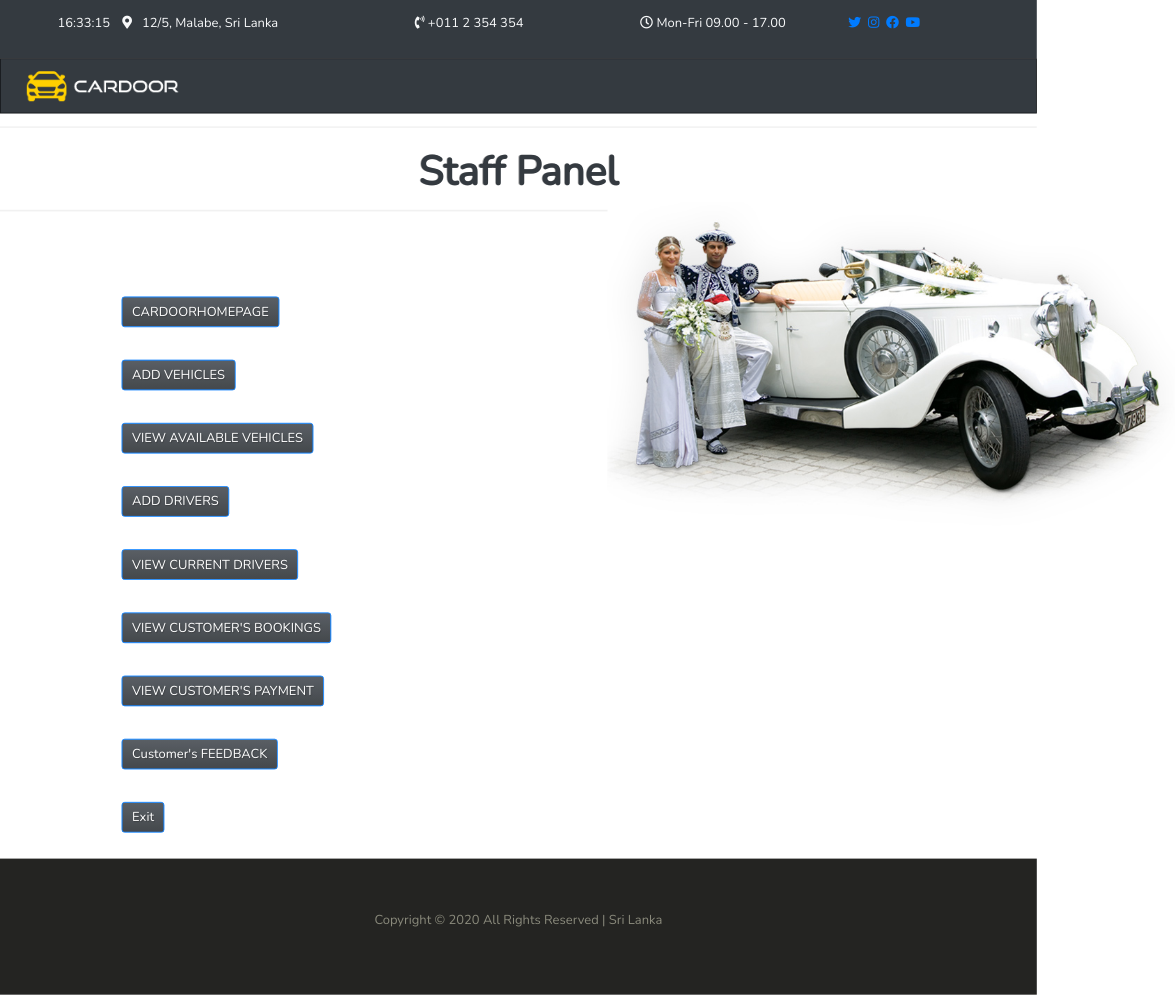
Repository: NipunLakshan99/Cardoor
Page: http://localhost/RentCar/SystemU.jsp
The author's editor kept a copy of each file at every save. The page is drawn from the files as they stood at one save, then again after the next save.
The browser window is 1280 px wide. The page is 1450 px wide, so the pictures cover 1450 px, including what lies to the right of the window. The pictures show the whole page, at 81% of full size.
Some web libraries are served in a nearby version. The page is served by Tomcat 9. Other server files are loaded and not shown.

Above is the page before, as saved 2020-05-13 11:12:54.

### RentCar/WebContent/SystemU.jsp
<%@ page language="java" contentType="text/html; charset=ISO-8859-1"
    pageEncoding="ISO-8859-1"%>
<!DOCTYPE html>
<html>
<head>
<meta charset="ISO-8859-1">
<meta http-equiv="Content-Type" content="text/html; charset=ISO-8859-1">
		<link rel="stylesheet" href="https://stackpath.bootstrapcdn.com/bootstrap/4.3.1/css/bootstrap.min.css" integrity="sha384-ggOyR0iXCbMQv3Xipma34MD+dH/1fQ784/j6cY/iJTQUOhcWr7x9JvoRxT2MZw1T" crossorigin="anonymous">
		<link rel="stylesheet" href="https://bootswatch.com/4/slate/bootstrap.min.css" >
        <link rel="stylesheet" href="https://stackpath.bootstrapcdn.com/bootstrap/4.3.1/css/bootstrap.min.css" integrity="sha384-ggOyR0iXCbMQv3Xipma34MD+dH/1fQ784/j6cY/iJTQUOhcWr7x9JvoRxT2MZw1T" crossorigin="anonymous">
        <link href="https://fonts.googleapis.com/css?family=Nunito" rel="stylesheet">
        <link rel="stylesheet" href="https://use.fontawesome.com/releases/v5.8.2/css/all.css" integrity="sha384-oS3vJWv+0UjzBfQzYUhtDYW+Pj2yciDJxpsK1OYPAYjqT085Qq/1cq5FLXAZQ7Ay" crossorigin="anonymous">
        <link rel="stylesheet" href="CSS/stylesheet.css">
        <link rel="shortcut icon" href="CSS/favicon.ico" type="image/x-icon" />

<title>Staff Home</title>
</head>
<style>
 body{
  font-family: 'Nunito';
 }
 </style>
<title>Insert title here</title>
<body onload="startTime()">
<!--- Clock Display ------>
        <script>
            function startTime() {
                var today = new Date();
                var h = today.getHours();
                var m = today.getMinutes();
                var s = today.getSeconds();
                m = checkTime(m);
                s = checkTime(s);
                document.getElementById('txt').innerHTML =
                        h + ":" + m + ":" + s;
                var t = setTimeout(startTime, 500);
            }
            function checkTime(i) {
                if (i < 10) {
                    i = "0" + i
                }
                ;  // add zero in front of numbers < 10
                return i;
            }
        </script>

        <!------------------------------->


        <div class="preloader bg-dark text-light" >
            <div class="preloader-spinner" >


                <div id="header-top" class="d-none d-xl-block">
                    <div class="container">
                        <div class="row">

                            <div class="loader-content">
                                <!--<img src="CSS/img/preloader.gif">-->
                                <p id="txt"></p>

                            </div>

                            <div class="col-lg-3 text-left ">
                                <i class="fas fa-map-marker-alt"></i> &nbsp; 12/5, Malabe, Sri Lanka
                            </div>&nbsp;&nbsp;&nbsp;&nbsp;

                            <div class="col-lg-3 text-center">
                                <i class="fas fa-phone-volume"></i> +011 2 354 354
                            </div>&nbsp;&nbsp;&nbsp;&nbsp;

                            <div class="col-lg-3 text-center">
                                <i class="far fa-clock"></i> Mon-Fri 09.00 - 17.00
                            </div>&nbsp;&nbsp;&nbsp;&nbsp;&nbsp;&nbsp;


                            <div class="header-social-icons text-right">
                                <a href="#"><i class="fab fa-twitter"></i></a>&nbsp;
                                <a href="#"><i class="fab fa-instagram"></i></a>&nbsp;
                                <a href="#"><i class="fab fa-facebook"></i></a>&nbsp;
                                <a href="#"><i class="fab fa-youtube"></i></a>&nbsp;
                            </div>
                        </div>
                    </div>
                </div>
            </div>
        </div>
	 <nav class="navbar navbar-expand-lg navbar-dark bg-dark">
	 <div class="col-lg-4">
                        <a href="index.html" class="logo">
                            <img src="CSS/img/logo.png" alt="JSOFT">
                        </a>
                    </div>
  		<div class="collapse navbar-collapse" id="navbarColor02">
    	<ul class="navbar-nav mr-auto">
        <li class="nav-item active">

  		</div>
		</nav>
        <!-- /.row -->
        <section>

            <hr>
            <h1 class="page-header text-center text-dark"><b>Staff Panel</b></h1>
            <hr>

	<h1 style="color: #ffffff; margin-left: 580px;"></h1><br/><br/><br/>



	 <div class="btn-group-vertical" data-toggle="buttons">
 		 <a href="Home.jsp"><button type="button" class="btn btn-primary">CARDOORHOMEPAGE</button></a><br/>
 		 <a href="viewvehicles.jsp"><button type="button" class="btn btn-primary">ADD VEHICLES</button></a><br/>
 		 <a href="viewvehicles.jsp"><button type="button" class="btn btn-primary">VIEW AVAILABLE VEHICLES</button></a><br/>
 		 <a href="viewdrivers.jsp"><button type="button" class="btn btn-primary">ADD DRIVERS</button></a><br/>
  		 <a href="viewdrivers.jsp"><button type="button" class="btn btn-primary">VIEW CURRENT DRIVERS</button></a><br/>
  		 <a href="viewbookings.jsp"><button type="button" class="btn btn-primary">VIEW CUSTOMER'S BOOKINGS</button></a><br/>
  		 <a href="viewbookings.jsp"><button type="button" class="btn btn-primary">VIEW CUSTOMER'S PAYMENT</button></a><br/>
 		 <a href="#"><button type="button" class="btn btn-primary">Customer's FEEDBACK</button></a><br/>
 		 <a href="Home.jsp"><button type="button" class="btn btn-primary">Exit</button></a>

	 </div>
	 <img src="CSS/img/vehicle/wedding.jpg" width="700" height="400" class="img"/>
	 <br/>
	 <br/>

 	<section id="adddriver" class="py-5" style=" background-color: #242422;">
		<div class="footer-bottom-area">
        	<div class="container">
           		 <div class="row">
               		 <div class="col-lg-12 text-center">
                    	<p style="color: #8a8a7c;">Copyright &copy; <script>document.write(new Date().getFullYear());</script> All Rights Reserved | Sri Lanka</p>
               		 </div>
            	 </div>
            </div>
        </div>


        </section>
</body>
</html>

### RentCar/WebContent/CSS/stylesheet.css
.btn-group-vertical{

  margin-left: 150px;
}

.align text-light{
	color:black;

}

.bg-light{
	border: 1px solid 	#000000;
    margin-bottom: 25px;
}

.btn-group-vertical input[type=button]{
	width: 100%;
	height: 30px;
 	position: relative;
 	margin-left: 150px;
	}

.adddriverform{
	margin-left: 150px;
}

.viewdrivers{
	margin-left: 150px;
}

.editdriverform{
	margin-left: 150px;
}




.loginform{
		width: 100%;
  		padding: 12px 20px;
  		margin: 8px 0;
  		display: inline-block;
  		border: 1px solid #cc;
  		background: #f1f1f1;
  		box-sizing: border-box;
}

.userimg{
	margin-left:1000px;
}

.adminlogin{
	width:50%;
	margin-left: 350px;
}

.feedbackform{
	margin-left: 150px;
}

#message {
  display:none;
  background: #f1f1f1;
  color: #000;
  position: relative;
  padding: 20px;
  margin-top: 10px;
}

#message p {
  padding: 10px 35px;
  font-size: 18px;
}


.img{
	position:absolute;
	left:700px;
	margin-left: 50px;
	top:250px;

}

.loginbox{
    width: 320px;
    height: 420px;
    background: #000;
    color: #fff;
    top: 50%;
    left: 50%;
    position: absolute;
    transform: translate(-50%,-50%);
    box-sizing: border-box;
    padding: 70px 30px;
}

.avatar{
    width: 100px;
    height: 100px;
    border-radius: 50%;
    position: absolute;
    top: -50px;
    left: calc(50% - 50px);
}

.loginbox h1{
    margin: 0;
    padding: 0 0 20px;
    text-align: center;
    font-size: 22px;
}

.loginbox p{
    margin: 0;
    padding: 0;
    font-weight: bold;
}

.loginbox input{
    width: 100%;
    margin-bottom: 20px;
}

.loginbox input[type="text"], input[type="password"]
{
    border: none;
    border-bottom: 1px solid #fff;
    background: transparent;
    outline: none;
    height: 40px;
    color: #fff;
    font-size: 16px;
}

.loginbox input[type="password"]
{
	 border: none;
    border-bottom: 1px solid #fff;
    background: transparent;
    outline: none;
    height: 40px;
    color: #fff;
    font-size: 16px;
}
.loginbox input[type="submit"]
{
    border: none;
    outline: none;
    height: 40px;
    background: #fb2525;
    color: #fff;
    font-size: 18px;
    border-radius: 20px;
}
.loginbox input[type="submit"]:hover
{
    cursor: pointer;
    background: #ffc107;
    color: #000;
}
.loginbox a{
    text-decoration: none;
    font-size: 12px;
    line-height: 20px;
    color: darkgrey;
}

.loginbox a:hover
{
    color: #ffc107;
}

.footer {
  position: fixed;
  left: 0;
  bottom: 0;
  width: 100%;
   height: 10%;
  background-color: #242422;
  color: white;
  text-align: center;
}

h1{
	text-align: center;
    font-size: 50px;
}

* {box-sizing: border-box}
/* Full-width input fields */
  input[type=text], input[type=password] {
  width: 100%;
  padding: 15px;
  margin: 5px 0 22px 0;
  display: inline-block;
  border: none;
  background: #f1f1f1;
}

/* Add a background color when the inputs get focus */
input[type=text]:focus, input[type=password]:focus {
  background-color: #ddd;
  outline: none;
}

/* Set a style for all buttons */
button {
  background-color: #4CAF50;
  color: white;
  padding: 14px 20px;
  margin: 8px 0;
  border: none;
  cursor: pointer;
  width: 100%;
  opacity: 0.9;
}

button:hover {
  opacity:1;
}

/* Extra styles for the cancel button */
.cancelbtn {
  padding: 14px 20px;
  background-color: #f44336;
}

/* Float cancel and signup buttons and add an equal width */
.cancelbtn, .signupbtn {
  float: left;
  width: 50%;
}

/* Add padding to container elements */
.container {
  padding: 16px;
}

/* The Modal (background) */
.modal {
  display: none; /* Hidden by default */
  position: fixed; /* Stay in place */
  z-index: 1; /* Sit on top */
  left: 0;
  top: 0;
  width: 100%; /* Full width */
  height: 100%; /* Full height */
  overflow: auto; /* Enable scroll if needed */
  background-color: #474e5d;
  padding-top: 50px;
}

/* Modal Content/Box */
.modal-content {
  background-color: #fefefe;
  margin: 5% auto 15% auto; /* 5% from the top, 15% from the bottom and centered */
  border: 1px solid #888;
  width: 80%; /* Could be more or less, depending on screen size */
}

/* Style the horizontal ruler */
hr {
  border: 1px solid #f1f1f1;
  margin-bottom: 25px;
}

/* The Close Button (x) */
.close {
  position: absolute;
  right: 35px;
  top: 15px;
  font-size: 40px;
  font-weight: bold;
  color: #f1f1f1;
}

.close:hover,
.close:focus {
  color: #f44336;
  cursor: pointer;
}

/* Clear floats */
.clearfix::after {
  content: "";
  clear: both;
  display: table;
}

/* Change styles for cancel button and signup button on extra small screens */
@media screen and (max-width: 300px) {
  .cancelbtn, .signupbtn {
    width: 100%;
  }
}

After the next save:
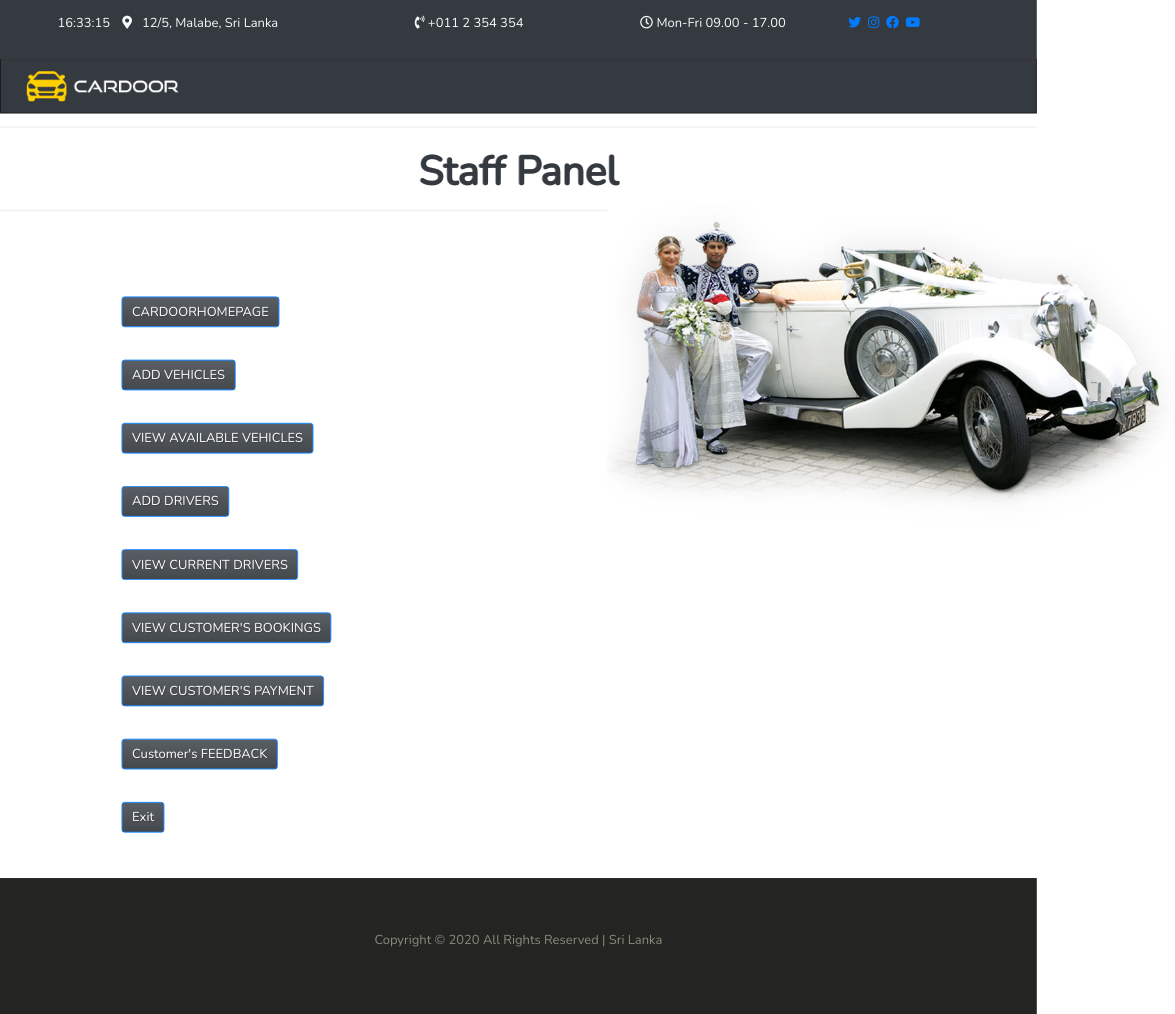
Saved 7 min 35 s later.
--- a/RentCar/WebContent/SystemU.jsp
+++ b/RentCar/WebContent/SystemU.jsp
@@ -120,7 +120,9 @@
  		 <a href="Home.jsp"><button type="button" class="btn btn-primary">Exit</button></a>
 
 	 </div>
+	 <div class="wed">
 	 <img src="CSS/img/vehicle/wedding.jpg" width="700" height="400" class="img"/>
+	 </div>
 	 <br/>
 	 <br/>
 

After the save that followed:
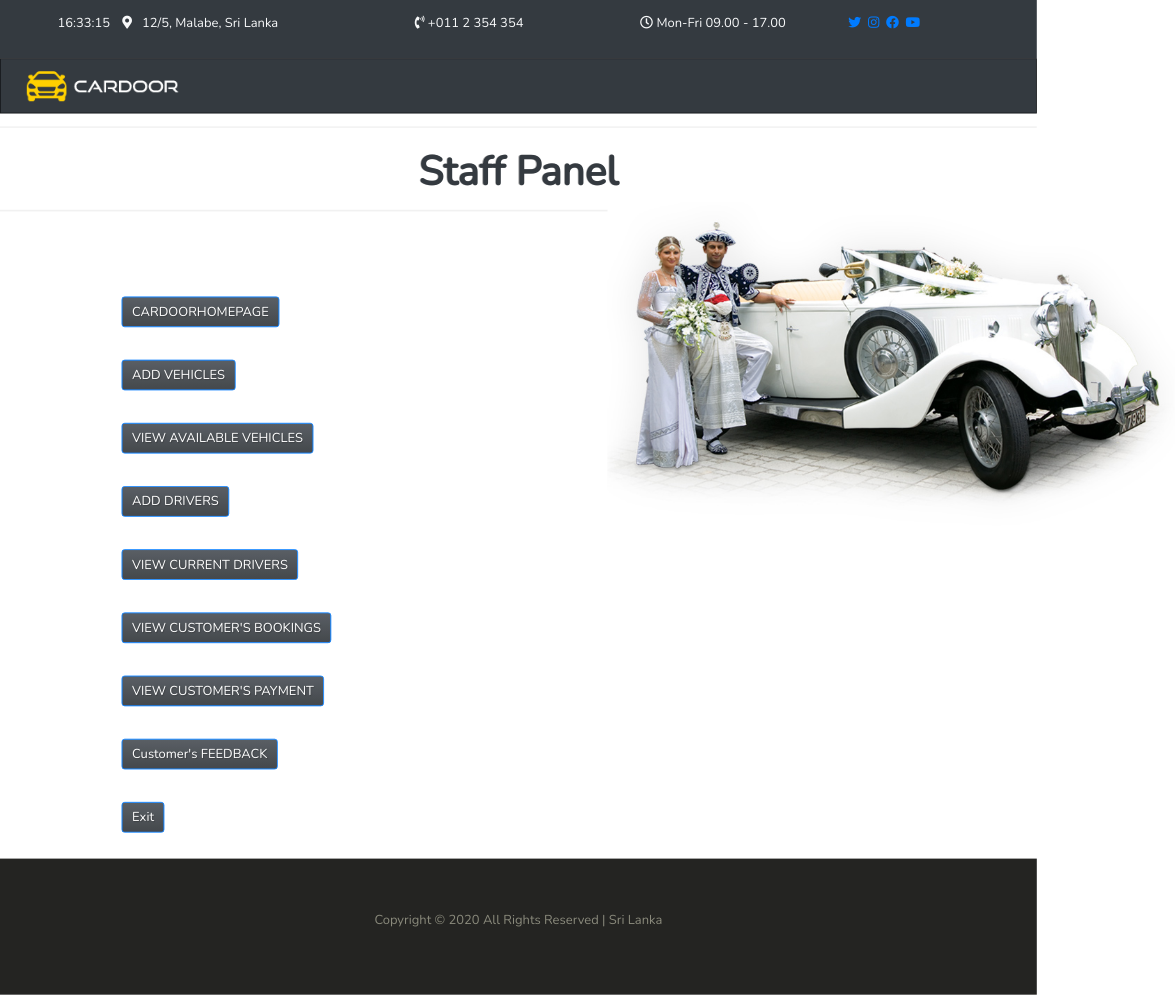
Saved 37 s later.
--- a/RentCar/WebContent/CSS/stylesheet.css
+++ b/RentCar/WebContent/CSS/stylesheet.css
@@ -73,7 +73,7 @@
 }
 
 
-.img{
+.wed{
 	position:absolute;
 	left:700px;
 	margin-left: 50px;
